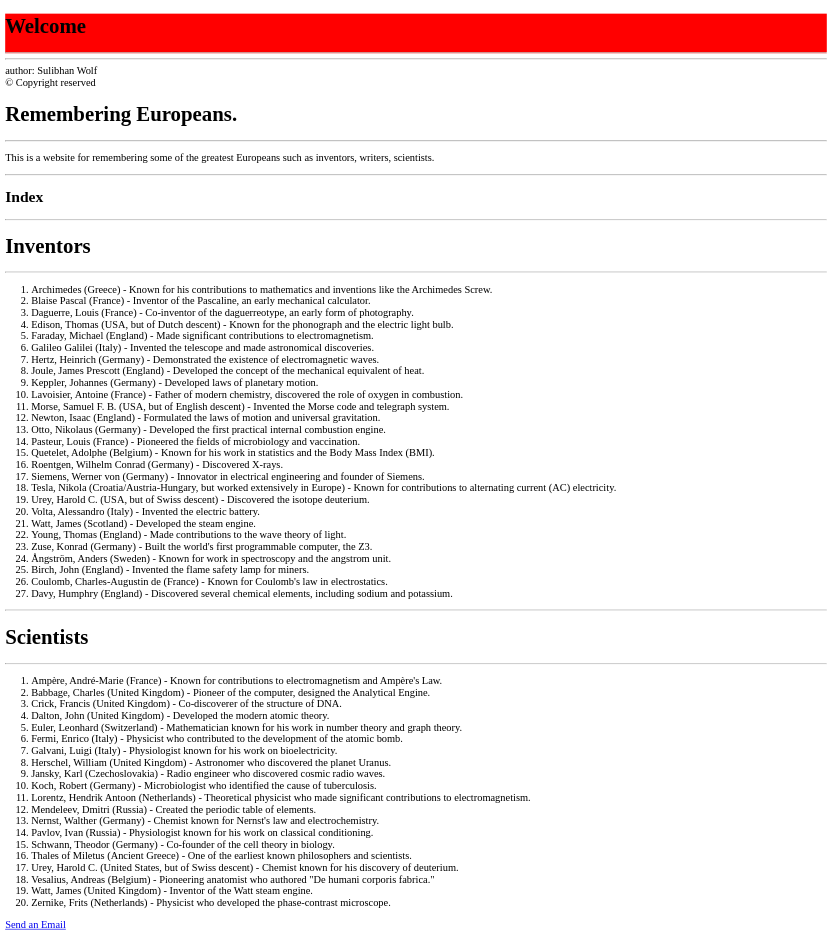
Repository: tomahawk2811/europe-website
Page: index.html
The author's editor kept a copy of each file at every save. The page is drawn from the files as they stood at one save, then again after the next save.
The browser window is 1280 px wide. The pictures show the whole page, at 65% of full size.
Some web fonts or font styles are not loaded; a fallback is used.

Above is the page before, as saved 2023-09-06 18:11:25.

### index.html
<!DOCTYPE html>
<html lang="en">
<head>
    <meta charset="UTF-8">
    <title>Remembering the most popular figures from Europe.</title>
    <link rel="preconnect" href="https://fonts.googleapis.com">
    <link rel="preconnect" href="https://fonts.gstatic.com" crossorigin>
    <link href="https://fonts.googleapis.com/css2?family=Atkinson+Hyperlegible:ital@1&display=swap" rel="stylesheet">
</head>
<body>
    <header style="background-color: rgb(255, 0, 0)">
        <h1>Welcome</h1>
        <hr>
    </header>

    <footer>
        <hr>
        author: Sulibhan Wolf<br>
        &copy; Copyright reserved<br>
    </footer>

    <h1>Remembering Europeans.</h1>
    <hr>
    <p>
        This is a website for remembering some of the greatest Europeans such as inventors, writers, scientists.
    </p>
    <hr>

    <div class="box" id="box1">
        <h2>Index</h2>
        <hr>
        <div class="inventors">
            <h1>Inventors</h1>
            <hr>
            <ol>
                 <li>Archimedes (Greece) - Known for his contributions to mathematics and inventions like the Archimedes Screw.</li>
            <li>Blaise Pascal (France) - Inventor of the Pascaline, an early mechanical calculator.</li>
            <li>Daguerre, Louis (France) - Co-inventor of the daguerreotype, an early form of photography.</li>
            <li>Edison, Thomas (USA, but of Dutch descent) - Known for the phonograph and the electric light bulb.</li>
            <li>Faraday, Michael (England) - Made significant contributions to electromagnetism.</li>
            <li>Galileo Galilei (Italy) - Invented the telescope and made astronomical discoveries.</li>
            <li>Hertz, Heinrich (Germany) - Demonstrated the existence of electromagnetic waves.</li>
            <li>Joule, James Prescott (England) - Developed the concept of the mechanical equivalent of heat.</li>
            <li>Keppler, Johannes (Germany) - Developed laws of planetary motion.</li>
            <li>Lavoisier, Antoine (France) - Father of modern chemistry, discovered the role of oxygen in combustion.</li>
            <li>Morse, Samuel F. B. (USA, but of English descent) - Invented the Morse code and telegraph system.</li>
            <li>Newton, Isaac (England) - Formulated the laws of motion and universal gravitation.</li>
            <li>Otto, Nikolaus (Germany) - Developed the first practical internal combustion engine.</li>
            <li>Pasteur, Louis (France) - Pioneered the fields of microbiology and vaccination.</li>
            <li>Quetelet, Adolphe (Belgium) - Known for his work in statistics and the Body Mass Index (BMI).</li>
            <li>Roentgen, Wilhelm Conrad (Germany) - Discovered X-rays.</li>
            <li>Siemens, Werner von (Germany) - Innovator in electrical engineering and founder of Siemens.</li>
            <li>Tesla, Nikola (Croatia/Austria-Hungary, but worked extensively in Europe) - Known for contributions to alternating current (AC) electricity.</li>
            <li>Urey, Harold C. (USA, but of Swiss descent) - Discovered the isotope deuterium.</li>
            <li>Volta, Alessandro (Italy) - Invented the electric battery.</li>
            <li>Watt, James (Scotland) - Developed the steam engine.</li>
            <li>Young, Thomas (England) - Made contributions to the wave theory of light.</li>
            <li>Zuse, Konrad (Germany) - Built the world's first programmable computer, the Z3.</li>
            <li>Ångström, Anders (Sweden) - Known for work in spectroscopy and the angstrom unit.</li>
            <li>Birch, John (England) - Invented the flame safety lamp for miners.</li>
            <li>Coulomb, Charles-Augustin de (France) - Known for Coulomb's law in electrostatics.</li>
            <li>Davy, Humphry (England) - Discovered several chemical elements, including sodium and potassium.</li>
        </ol>
    </div>
<hr>
    <div class="box" id="box2">
        <h1>Scientists</h1>
        <hr>
        <ol>
            <li>Ampère, André-Marie (France) - Known for contributions to electromagnetism and Ampère's Law.</li>
            <li>Babbage, Charles (United Kingdom) - Pioneer of the computer, designed the Analytical Engine.</li>
            <li>Crick, Francis (United Kingdom) - Co-discoverer of the structure of DNA.</li>
            <li>Dalton, John (United Kingdom) - Developed the modern atomic theory.</li>
            <li>Euler, Leonhard (Switzerland) - Mathematician known for his work in number theory and graph theory.</li>
            <li>Fermi, Enrico (Italy) - Physicist who contributed to the development of the atomic bomb.</li>
            <li>Galvani, Luigi (Italy) - Physiologist known for his work on bioelectricity.</li>
            <li>Herschel, William (United Kingdom) - Astronomer who discovered the planet Uranus.</li>
            <li>Jansky, Karl (Czechoslovakia) - Radio engineer who discovered cosmic radio waves.</li>
            <li>Koch, Robert (Germany) - Microbiologist who identified the cause of tuberculosis.</li>
            <li>Lorentz, Hendrik Antoon (Netherlands) - Theoretical physicist who made significant contributions to electromagnetism.</li>
            <li>Mendeleev, Dmitri (Russia) - Created the periodic table of elements.</li>
            <li>Nernst, Walther (Germany) - Chemist known for Nernst's law and electrochemistry.</li>
            <li>Pavlov, Ivan (Russia) - Physiologist known for his work on classical conditioning.</li>
            <li>Schwann, Theodor (Germany) - Co-founder of the cell theory in biology.</li>
            <li>Thales of Miletus (Ancient Greece) - One of the earliest known philosophers and scientists.</li>
            <li>Urey, Harold C. (United States, but of Swiss descent) - Chemist known for his discovery of deuterium.</li>
            <li>Vesalius, Andreas (Belgium) - Pioneering anatomist who authored "De humani corporis fabrica."</li>
            <li>Watt, James (United Kingdom) - Inventor of the Watt steam engine.</li>
            <li>Zernike, Frits (Netherlands) - Physicist who developed the phase-contrast microscope.</li>
        </ol>
    </div>

    <a href="mailto:sulibhanwolf88@gmail.com">Send an Email</a>
</body>
</html>

After the next save:
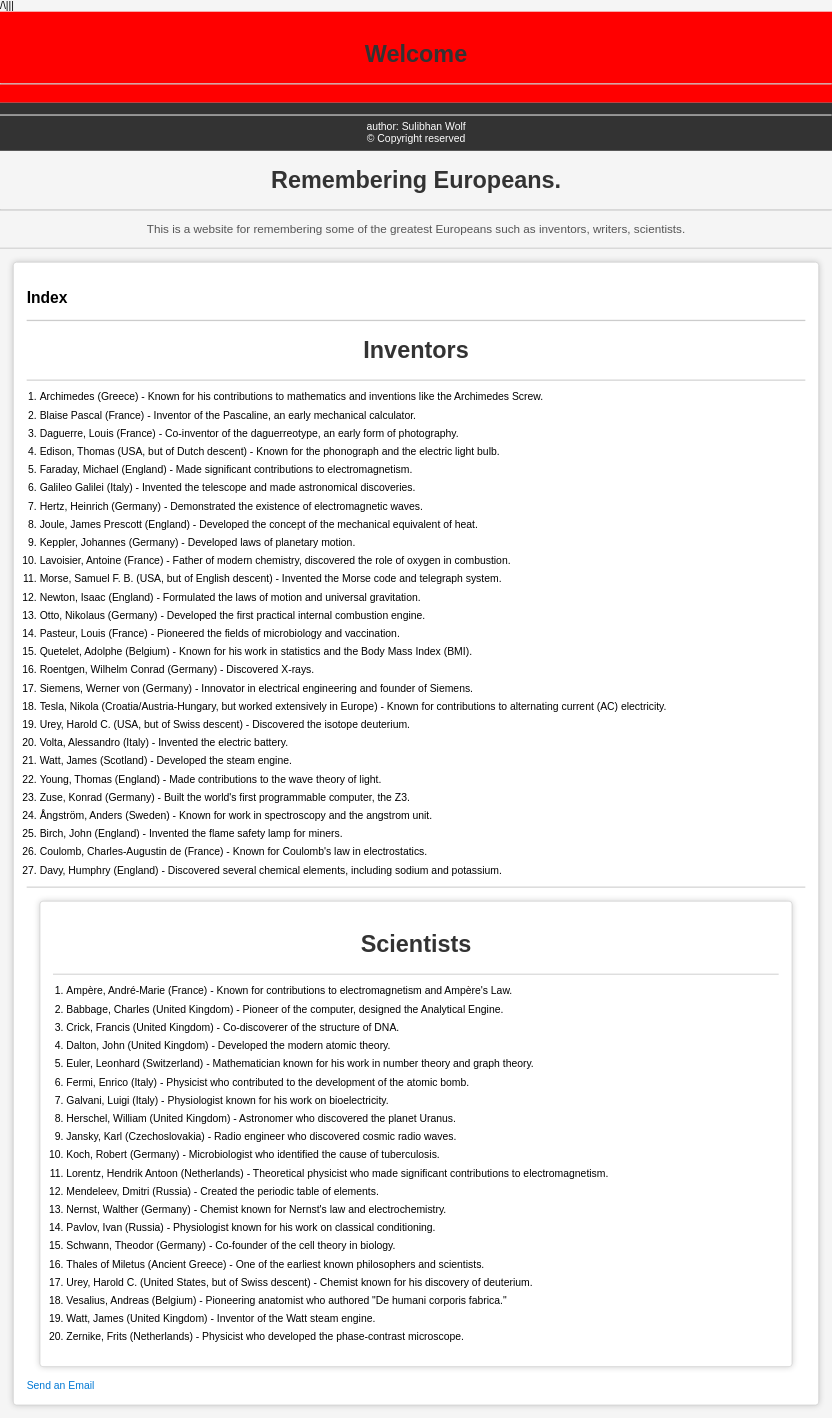
Saved 2 min 3 s later.
--- a/index.html
+++ b/index.html
@@ -6,6 +6,79 @@
     <link rel="preconnect" href="https://fonts.googleapis.com">
     <link rel="preconnect" href="https://fonts.gstatic.com" crossorigin>
     <link href="https://fonts.googleapis.com/css2?family=Atkinson+Hyperlegible:ital@1&display=swap" rel="stylesheet">
+/\|||
+    <style>
+        /* Body styles */
+        body {
+            font-family: 'Atkinson Hyperlegible', sans-serif;
+            margin: 0;
+            padding: 0;
+            background-color: #f5f5f5;
+        }
+
+        /* Header styles */
+        header {
+            background-color: rgb(255, 0, 0);
+            color: white;
+            text-align: center;
+            padding: 20px 0;
+        }
+
+        /* Footer styles */
+        footer {
+            background-color: #333;
+            color: white;
+            text-align: center;
+            padding: 10px 0;
+        }
+
+        /* Main content styles */
+        h1 {
+            text-align: center;
+            font-size: 36px;
+            color: #333;
+        }
+
+        hr {
+            border: 1px solid #ccc;
+        }
+
+        p {
+            text-align: center;
+            font-size: 18px;
+            color: #555;
+        }
+
+        /* Box styles */
+        .box {
+            background-color: white;
+            border: 1px solid #ccc;
+            padding: 20px;
+            margin: 20px;
+            border-radius: 5px;
+            box-shadow: 0px 0px 10px rgba(0, 0, 0, 0.2);
+        }
+
+        /* List styles */
+        .box ol {
+            padding-left: 20px;
+        }
+
+        .box ol li {
+            font-size: 16px;
+            margin-bottom: 10px;
+        }
+
+        /* Links styles */
+        a {
+            color: #0078d4;
+            text-decoration: none;
+        }
+
+        a:hover {
+            text-decoration: underline;
+        }
+    </style>
 </head>
 <body>
     <header style="background-color: rgb(255, 0, 0)">
